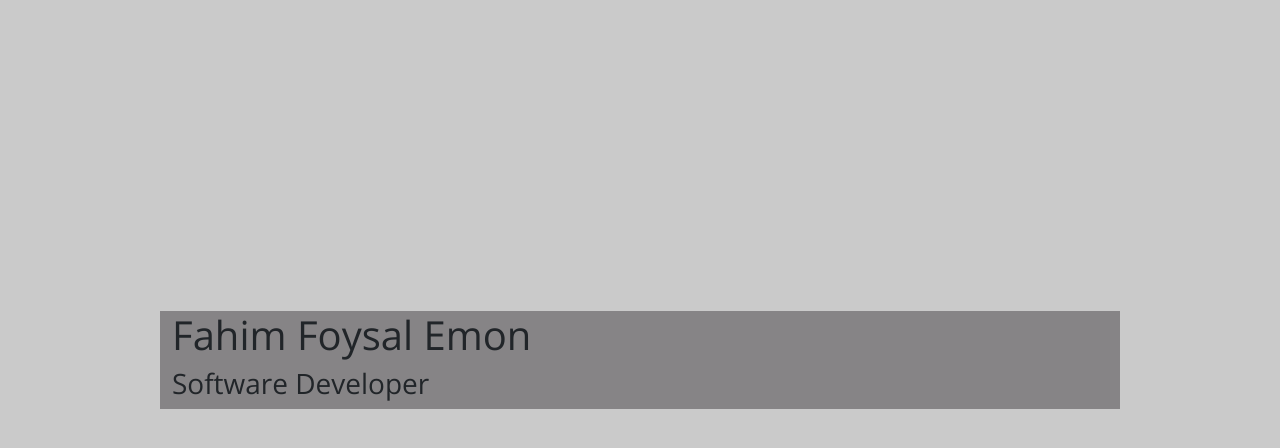
Repository: emowzz/emowzz.github.io
Page: index.html
These files come from the project's save history. The page is drawn as it stood at one moment and after the next save; the edit follows.
The browser window is 1280 px wide. The pictures show the whole page.
Some web libraries are served in a nearby version.

Above is the page before, as saved 2021-03-17 17:20:46.

### index.html
<!doctype html>
<html lang="en">
  <head>
    <!-- Required meta tags -->
    <meta charset="utf-8">
    <meta name="viewport" content="width=device-width, initial-scale=1">
    <link rel="shortcut icon" type="image/png" href="./Image/myImgZoom.jpg">
    <!-- Bootstrap CSS -->
    <link href="https://cdn.jsdelivr.net/npm/bootstrap@5.0.0-beta2/dist/css/bootstrap.min.css" rel="stylesheet" integrity="sha384-BmbxuPwQa2lc/FVzBcNJ7UAyJxM6wuqIj61tLrc4wSX0szH/Ev+nYRRuWlolflfl" crossorigin="anonymous">
    <link rel="preconnect" href="https://fonts.gstatic.com">
    <link href="https://fonts.googleapis.com/css2?family=Open+Sans:wght@300&display=swap" rel="stylesheet">
    <link rel="stylesheet" href="./CSS/style.css">


    <title>Hi There, I'm Fahim Foysal Emon!</title>

    <script src="https://kit.fontawesome.com/a076d05399.js" crossorigin="anonymous"></script>
  </head>
  <body>
    <section class="banner-container container-fluid">
      <div class="row vh-100">
        <div class="col-md-9 banner-column m-auto">
            <h1>Fahim Foysal Emon</h1>
            <h3>Software Developer</h3>
        </div>
      </div>
    </section>

    <!-- Optional JavaScript; choose one of the two! -->

    <!-- Option 1: Bootstrap Bundle with Popper -->
    <script src="https://cdn.jsdelivr.net/npm/bootstrap@5.0.0-beta2/dist/js/bootstrap.bundle.min.js" integrity="sha384-b5kHyXgcpbZJO/tY9Ul7kGkf1S0CWuKcCD38l8YkeH8z8QjE0GmW1gYU5S9FOnJ0" crossorigin="anonymous"></script>

    <!-- Option 2: Separate Popper and Bootstrap JS -->
    <!--
    <script src="https://cdn.jsdelivr.net/npm/@popperjs/core@2.6.0/dist/umd/popper.min.js" integrity="sha384-KsvD1yqQ1/1+IA7gi3P0tyJcT3vR+NdBTt13hSJ2lnve8agRGXTTyNaBYmCR/Nwi" crossorigin="anonymous"></script>
    <script src="https://cdn.jsdelivr.net/npm/bootstrap@5.0.0-beta2/dist/js/bootstrap.min.js" integrity="sha384-nsg8ua9HAw1y0W1btsyWgBklPnCUAFLuTMS2G72MMONqmOymq585AcH49TLBQObG" crossorigin="anonymous"></script>
    -->
  </body>
</html>

### CSS/style.css
body {
    font-family: 'Open Sans', sans-serif;
}


.banner-container {
    background-color: #CACACA;
}

.banner-column {
    background-color: #868486;
}

After the next save:
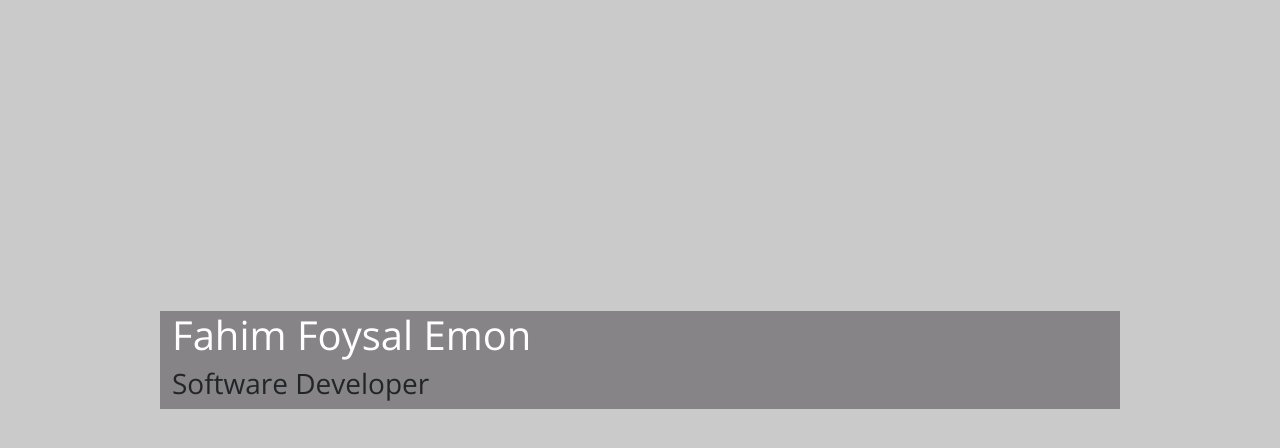
Saved 9 min 23 s later.
--- a/index.html
+++ b/index.html
@@ -20,7 +20,7 @@
     <section class="banner-container container-fluid">
       <div class="row vh-100">
         <div class="col-md-9 banner-column m-auto">
-            <h1>Fahim Foysal Emon</h1>
+            <h1 class="text-white display:4">Fahim Foysal Emon</h1>
             <h3>Software Developer</h3>
         </div>
       </div>
